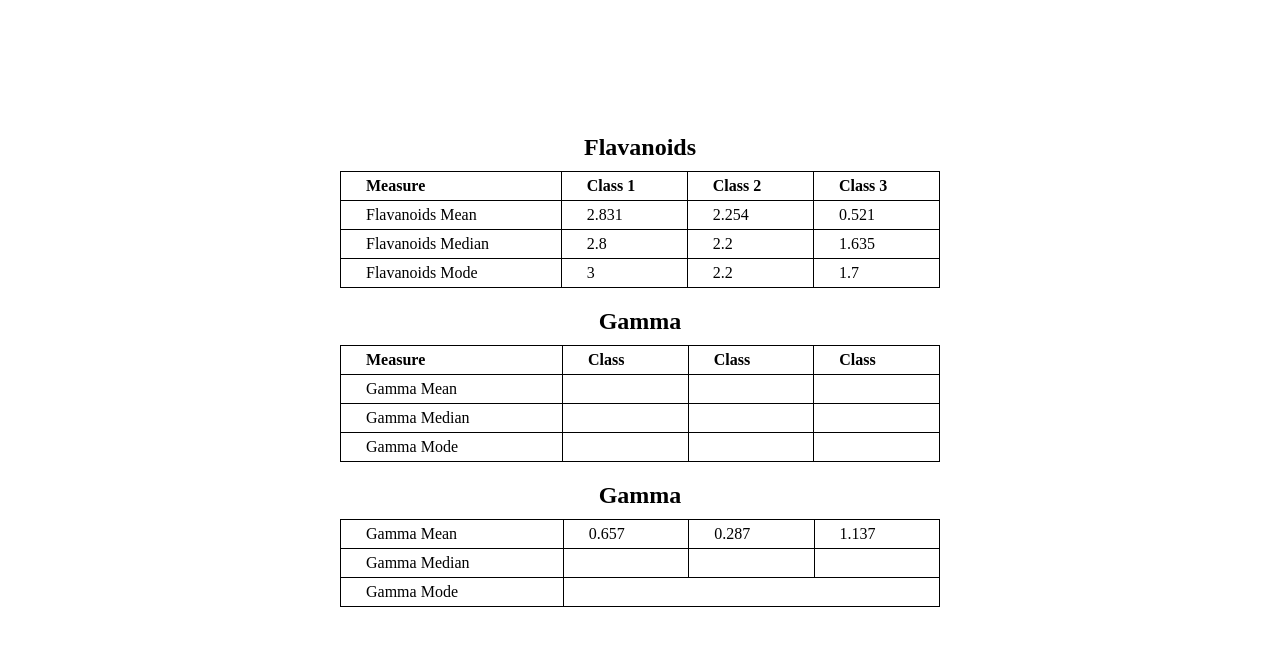
Repository: Rahul6395/WineAlcohol-Calculate
Page: /
An editor plug-in stored every save of this project. The page is shown before and after the next save, followed by the edit.
The browser window is 1280 px wide. The pictures show the whole page.
The project was rebuilt for these pictures with package versions that can differ from the ones it lists, and the page was loaded fresh each time.

Above is the page before, as saved 2023-05-27 11:14:44.

### src/App.js

import Flavonoid from "./component/Flavonoid";
import GammaTable from "./component/GammaTable";
import "./App.css"
import Gamma from "./component/Gamma"

function App() {
  return (
    <div className="App">
     {/* <Tables/> */}
     <Flavonoid/>
     <GammaTable/>
     <Gamma/>
    </div>
  );
}

export default App;

### src/component/Flavonoid.js
import React,{useState,useEffect} from 'react';
import data from "../json/data.json"
// import "./css/style.css"


function Flavonoid() {

const [value ,setValue] = useState([])

useEffect(()=>{
    for(let i=0;i<data.length;i++){
        setValue(value=>[...value,data[i].Alcohol])
    }
},[])
//Get All Alcohol
const alcohol = new Set(value);
console.log("Alcohol",[...alcohol])

  const classNames = [...alcohol]; // Replace with your actual class names

//Mean Rahul
function mean(data,classN){
  let dataFilter=data.filter((data)=>data.Alcohol === classN)
  let reduce = dataFilter.reduce((a,b)=>a+b.Flavanoids,0)
  console.log("reduce",reduce)
  return parseInt(reduce)/dataFilter.length
}


 classNames.map((classN)=>{
 console.log("mean(data,classN)",mean(data,classN))
} )










  //Mean
  function calculateMean(data, className) {
    const filteredData = data.filter(item => item.Alcohol === className);
    const sum = filteredData.reduce((acc, item) => acc + item.Flavanoids, 0);
    return parseInt(sum) / filteredData.length;
  }

//   Median
  function calculateMedian(data, className) {
    const filteredData = data.filter(item => item.Alcohol === className);
    const sortedData = filteredData.sort((a, b) => a.Flavanoids - b.Flavanoids);
    const midIndex = Math.floor(sortedData.length / 2);
    if (sortedData.length % 2 === 0) {
      return (sortedData[midIndex - 1]?.Flavanoids + sortedData[midIndex]?.Flavanoids) / 2;
    } else {
      return sortedData[midIndex].Flavanoids;
    }
  }

//   Mode
  function calculateMode(data, className) {
    const filteredData = data.filter(item => item.Alcohol === className);
    const counts = {};
    filteredData.forEach(item => {
      counts[item.Flavanoids] = counts[item.Flavanoids] ? counts[item.Flavanoids] + 1 : 1;
    });
    let mode;
    let maxCount = 0;
    for (const value in counts) {
      if (counts[value] > maxCount) {
        mode = value;
        maxCount = counts[value];
      }
    }
    return mode;
  }

  return (
    <> <h2 className='heading'>Flavanoids</h2>
    <table>
      <thead>
        <tr>
          <th>Measure</th>
          {classNames.map(className => <th key={className}>Class {className}</th>)}
        </tr>
      </thead>
      <tbody>
        <tr>
          <td>Flavanoids Mean</td>
          {classNames.map(className => <td key={className}>{calculateMean(data, className).toFixed(3)}</td>)}
        </tr>
        <tr>
          <td>Flavanoids Median</td>
          {classNames.map(className => <td key={className}>{calculateMedian(data, className)}</td>)}
        </tr>
        <tr>
          <td>Flavanoids Mode</td>
          {classNames.map(className => <td key={className}>{calculateMode(data, className)}</td>)}
        </tr>
      </tbody>
    </table>
    </>
  );
}

export default Flavonoid;

### src/component/GammaTable.js
import React from 'react';
import data from "../json/data.json"

const GammaTable = () => {

  // Function to calculate class-wise mean, median, and mode of Gamma
  const calculateGammaStats = () => {
    // Calculate Gamma for each point and group by class
    const gammaByClass = {};
    console.log("gammaStats",gammaByClass)
    data.forEach((point) => {
      const { Alcohol, Ash, Hue, Magnesium } = point;
      const gamma = (Ash * Hue) / Magnesium;

      if (gammaByClass[Alcohol]) {
        gammaByClass[Alcohol].push(gamma);
      } else {
        gammaByClass[Alcohol] = [gamma];
      }
    });

    // Calculate mean, median, and mode for each class
    const statsByClass = Object.entries(gammaByClass).map(([className, gammaValues]) => {
      // Mean
        // console.log("calculateMeangammaValues",gammaValues)
      const mean = gammaValues.reduce((sum, value) => sum + value, 0) / gammaValues.length;
      // Median
      let sortData = gammaValues.sort((a, b) => a - b);
      const median = sortData.length % 2 === 0 ? sortData[Math.floor((sortData.length / 2 )-1)] +  sortData[Math.floor(sortData.length / 2)] / 2 : sortData[Math.floor(sortData.length / 2)]

      // Mode
     let modify;
   let maxCount = 0;
   const counts = {};
  const mode = gammaValues.sort((a, b) =>
        gammaValues.filter((v) => v === a)
      ).forEach(item => {
        counts[item] = counts[item] ? counts[item] + 1 : 1;
      });
      for (const value in counts) {
        if (counts[value] > maxCount) {
          modify = value;
          maxCount = counts[value];
        }
      }
      return modify;




      // const mode = gammaValues.sort((a, b) =>
      //   gammaValues.filter((v) => v === a).length - gammaValues.filter((v) => v === b).length
      // )[0];

      return {
        className,
        mean: mean.toFixed(3),
        median: median.toFixed(3),
        mode: mode,
      };
    });

    return statsByClass;
  };

  const gammaStats = calculateGammaStats();

  return (
    <div>
    <h2 className='heading'>Gamma</h2>
    <table>
      <thead>
        <tr>
          <th>Measure</th>
          {gammaStats.map((stat) => (
            <th key={stat.className}>Class {stat.className}</th>
          ))}
        </tr>
      </thead>
      <tbody>
        <tr>
          <td>Gamma Mean</td>
          {gammaStats.map((stat) => (
            <td key={stat.className}>{stat.mean}</td>
          ))}
        </tr>
        <tr>
          <td>Gamma Median</td>
          {gammaStats.map((stat) => (
            <td key={stat.className}>{console.log("stat.median",stat.median)}{stat.median}</td>
          ))}
        </tr>
        <tr>
          <td>Gamma Mode</td>
          {gammaStats.map((stat) => (
            <td key={stat.className}>{stat.mode}</td>
          ))}
        </tr>
      </tbody>
    </table>
    </div>
  );
}


export default GammaTable;

### src/component/Gamma.js
import React from 'react';
import data from "../json/data.json"

const GammaTable = () => {
    const gammaByClass = {};
    console.log("gammaStats",gammaByClass)
    data.forEach((point) => {
      const { Alcohol, Ash, Hue, Magnesium } = point;
      const gamma = (Ash * Hue) / Magnesium;

      if (gammaByClass[Alcohol]) {
        gammaByClass[Alcohol].push(gamma);
      } else {
        gammaByClass[Alcohol] = [gamma];
      }
    });

    function calculateMean( className,data) {
        // const filteredData = data.filter(item => item.Alcohol === className);
      //  console.log("data",data)
        const sum = data.reduce((acc, item) => acc + item, 0) / data.length;
      //  console.log("calculateMean",sum)
        return sum;
      }

    //   Median
      function calculateMedian( className,data,) {
        // const filteredData = data.filter(item => item.Alcohol === className);
        const sortedData = data.sort((a, b) => a - b);
        const midIndex = Math.floor(sortedData.length / 2);
        if (sortedData.length % 2 === 0) {
          return console.log("if",(sortedData[midIndex - 1]+ sortedData[midIndex]) / 2);
        } else {
          return console.log("else",sortedData[midIndex]);
        }
      }

    //   Mode
      function calculateMode(data, className) {
        const filteredData = data.filter(item => item.Alcohol === className);
        const counts = {};
        filteredData.forEach(item => {
          counts[item.Flavanoids] = counts[item.Flavanoids] ? counts[item.Flavanoids] + 1 : 1;
        });
        let mode;
        let maxCount = 0;
        for (const value in counts) {
          if (counts[value] > maxCount) {
            mode = value;
            maxCount = counts[value];
          }
        }
        return mode;
      }
      let red = [] ;
      let green = [] ;
    //   const statsByClass = Object.entries(gammaByClass).map(([className, gammaValues]) => {
    //     red.push(className);
    //     green.push(gammaValues)
    //     console.log(className,"calculateMeangammaValues",gammaValues,)
    // })
 //console.log("statsByClass ",green )
// console.log("gammaByClassstatsByClass ",gammaByClass )

  return (
    <div>
    <h2 className='heading'>Gamma</h2>
    <table>
      <thead>
        {/* <tr>
          <th>Measure</th>
          {gammaByClass.map((className, gammaValues) => (
            <th key={stat}>Class {stat.className}</th>
          ))}
        </tr> */}
      </thead>
      <tbody>
        <tr>
          <td>Gamma Mean</td>
          {/* {red.map((className) => (
            <td>{calculateMean(green, className).toFixed(3)}</td>
          ))} */}
        {
          Object.entries(gammaByClass).map(([className, gammaValues])=>(
            <td>{calculateMean( className,gammaValues).toFixed(3)}</td>
          ))
        }
        </tr>
        <tr>
          <td>Gamma Median</td>
          {
          Object.entries(gammaByClass).map(([className, gammaValues])=>(
            <td>{calculateMedian( className,gammaValues)}</td>
          ))
        }
        </tr>
        <tr>
          <td>Gamma Mode</td>
          {red.map((className) => (
            <td >{calculateMode(green, className)}</td>
          ))}
        </tr>
      </tbody>
    </table>
    </div>
  );
}


export default GammaTable;

Loaded but not shown: public/index.html (common file); src/index.js (common file); src/App.css (common file); src/json/data.json (2673 lines, source omitted)

After the next save:
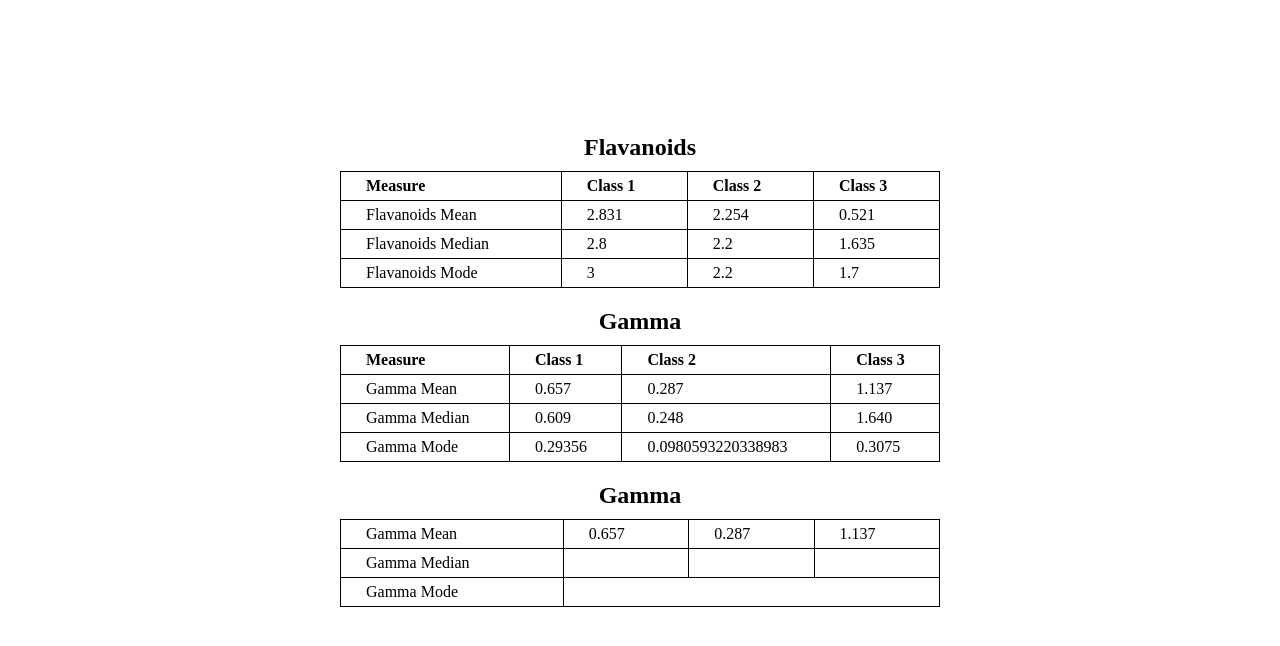
Saved 98 s later.
--- a/src/component/GammaTable.js
+++ b/src/component/GammaTable.js
@@ -29,28 +29,28 @@ const GammaTable = () => {
       const median = sortData.length % 2 === 0 ? sortData[Math.floor((sortData.length / 2 )-1)] +  sortData[Math.floor(sortData.length / 2)] / 2 : sortData[Math.floor(sortData.length / 2)]
 
       // Mode
-     let modify;
-   let maxCount = 0;
-   const counts = {};
-  const mode = gammaValues.sort((a, b) =>
-        gammaValues.filter((v) => v === a)
-      ).forEach(item => {
-        counts[item] = counts[item] ? counts[item] + 1 : 1;
-      });
-      for (const value in counts) {
-        if (counts[value] > maxCount) {
-          modify = value;
-          maxCount = counts[value];
-        }
-      }
-      return modify;
+  //    let modify;
+  //  let maxCount = 0;
+  //  const counts = {};
+  // const mode = gammaValues.sort((a, b) =>
+  //       gammaValues.filter((v) => v === a)
+  //     ).forEach(item => {
+  //       counts[item] = counts[item] ? counts[item] + 1 : 1;
+  //     });
+  //     for (const value in counts) {
+  //       if (counts[value] > maxCount) {
+  //         modify = value;
+  //         maxCount = counts[value];
+  //       }
+  //     }
+  //     return modify;
 
 
 
 
-      // const mode = gammaValues.sort((a, b) =>
-      //   gammaValues.filter((v) => v === a).length - gammaValues.filter((v) => v === b).length
-      // )[0];
+      const mode = gammaValues.sort((a, b) =>
+        gammaValues.filter((v) => v === a).length - gammaValues.filter((v) => v === b).length
+      )[0];
 
       return {
         className,
